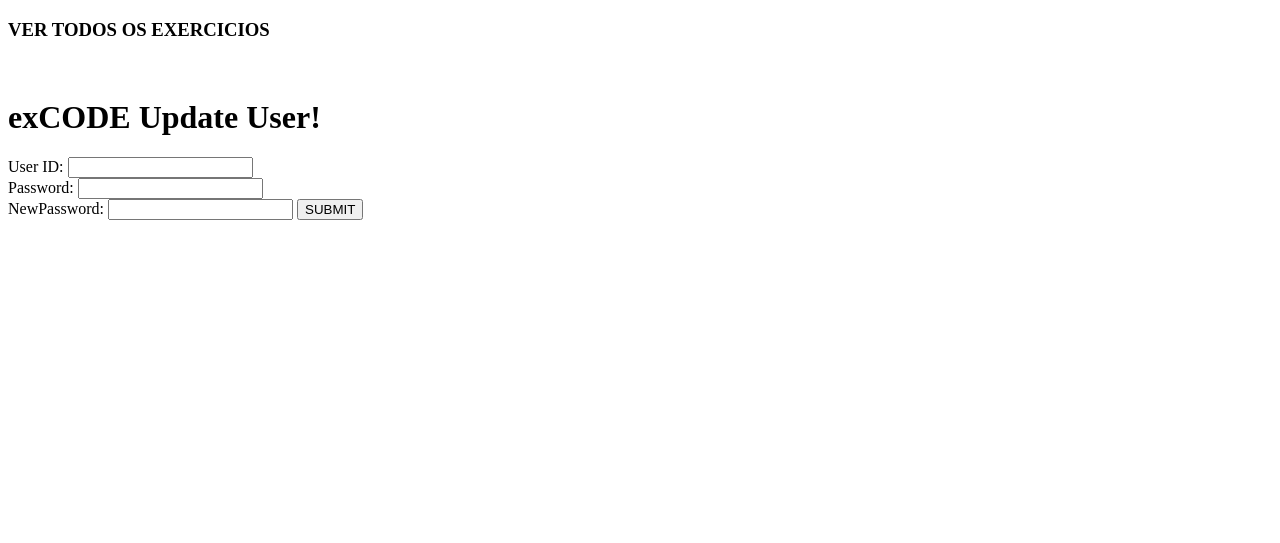
Repository: andregouveia8/EXCODE-API
Page: exCODE PROGRAMING EXERCISES API/API/exCODE API/exCODEAPI/WebContent/dashboard.html
The author's editor kept a copy of each file at every save. The page is drawn from the files as they stood at one save, then again after the next save.
The browser window is 1280 px wide. The pictures show the whole page.
Some web libraries are served in a nearby version.

Above is the page before, as saved 2018-01-20 14:45:13.

### exCODE PROGRAMING EXERCISES API/API/exCODE API/exCODEAPI/WebContent/dashboard.html
<!DOCTYPE html>
<html>

<head>
    <meta charset="ISO-8859-1">
    <title>GAME SERVICE</title>
    <script src="https://ajax.googleapis.com/ajax/libs/jquery/3.2.1/jquery.min.js"></script>

    <script>

        //GET ALL EXERCISES by USER


        // $(document).ready(function () {
        //     $("#btnSubmit1").click(function () {

        //         var myToken;
        //         var exerciseID = $("#txtExerciseID1").val();
        //         if (localStorage.token == null) {
        //             myToken = "eyJhbGciOiJIUzI1NiIsInR5cCI6IkpXVCJ9.eyJzdWIiOiIxMjM0NTY3ODkwIiwibmFtZSI6IkpvaG4gRG9lIiwiYWRtaW4iOnRydWV9.TJVA95OrM7E2cBab30RMHrHDcEfxjoYZgeFONFh7HgQ";
        //         } else {
        //             myToken = localStorage.token;
        //         }


        //         $.ajax({

        //             exerciseID: $("#txtExerciseID").val(),

        //             method: "DELETE",
        //             url: "http://localhost:8081/exCODEAPI/rest/exercises/" + exerciseID,
        //             data: {

        //                 token: myToken

        //             }
        //         })
        //             .done(function (msg) {
        //                 console.log("Exercise Delete");

        //             });
        //     });


        //     $(document).ready(function () {
        //         $("#btnSubmit2").click(function () {

        //             var myToken;
        //             var userID = $("#txtUserID1").val();
        //             if (localStorage.token == null) {
        //                 myToken = "eyJhbGciOiJIUzI1NiIsInR5cCI6IkpXVCJ9.eyJzdWIiOiIxMjM0NTY3ODkwIiwibmFtZSI6IkpvaG4gRG9lIiwiYWRtaW4iOnRydWV9.TJVA95OrM7E2cBab30RMHrHDcEfxjoYZgeFONFh7HgQ";
        //             } else {
        //                 myToken = localStorage.token;
        //             }


        //             $.ajax({



        //                 method: "DELETE",
        //                 url: "http://localhost:8081/exCODEAPI/rest/users/" + userID,
        //                 data: {

        //                     token: myToken,
        //                     password: $("#txtPassword1").val()

        //                 }
        //             })
        //                 .done(function (msg) {
        //                     console.log("User Delete");

        //                 });
        //         });
        //     });




        //     $("#btnSubmit").click(function () {

        //         var myToken;
        //         if (localStorage.token == null) {
        //             myToken = "eyJhbGciOiJIUzI1NiIsInR5cCI6IkpXVCJ9.eyJzdWIiOiIxMjM0NTY3ODkwIiwibmFtZSI6IkpvaG4gRG9lIiwiYWRtaW4iOnRydWV9.TJVA95OrM7E2cBab30RMHrHDcEfxjoYZgeFONFh7HgQ";
        //         } else {
        //             myToken = localStorage.token;
        //         }


        //         $.ajax({
        //             method: "POST",
        //             url: "http://localhost:8081/exCODEAPI/rest/exercises",
        //             data: {
        //                 exerciseID: $("#txtExerciseID").val(),
        //                 title: $("#txtTitle").val(),
        //                 statement: $("#txtStatement").val(),
        //                 dificulty: $("#selectDificulty").val(),
        //                 duration: $("#selectDuration").val(),
        //                 tags: $("#txtTags").val(),
        //                 code: $("#txtCode").val(),
        //                 language: $("#txtStatement").val(),
        //                 input: $("#txtInput").val(),
        //                 output: $("#txtOutput").val(),
        //                 token: myToken

        //             }
        //         })
        //             .done(function (msg) {
        //                 console.log("Exercise Done");

        //             });
        //     });




        $("#btnSubmit3").click(function () {

                 var myToken;
                 if (localStorage.token == null) {
                    myToken = "eyJhbGciOiJIUzI1NiIsInR5cCI6IkpXVCJ9.eyJzdWIiOiIxMjM0NTY3ODkwIiwibmFtZSI6IkpvaG4gRG9lIiwiYWRtaW4iOnRydWV9.TJVA95OrM7E2cBab30RMHrHDcEfxjoYZgeFONFh7HgQ";
                 } else {
                    myToken = localStorage.token;
                }

                 userID = $("#txtUserID2").val();
                 $.ajax({
                     method: "PUT",
                     url: "http://localhost:8081/exCODEAPI/rest/users/" + userID,
                     data: {

                    	 password: $("#txtPassword1").val(),
                	 	 newPassword: $("#txtPassword2").val(),
                         token: myToken

                     }
                 })
                     .done(function (msg) {
                         console.log("Exercise PUT");

                    });
             });




        // });
    </script>
</head>

<body>

    <h3> VER TODOS OS EXERCICIOS </h3>
    <br>
    <div>
        <table id="tableAllExercises"></table>
    </div>








<!--

    <h1>exCODE Exercise!</h1>
    Exercise ID:
    <input id="txtExerciseID" type="text" />
    <br/> Title:
    <input id="txtTitle" type="text" />
    <br/> Statement:
    <input id="txtStatement" type="text" />
    <br/> Dificulty:
    <select id="selectDificulty">
        <option value="Begginer">Begginer</option>
        <option value="Normal">Normal</option>
        <option value="Pro">Pro</option>
        <option value="Expert">Expert</option>
    </select>
    <br> Duration:
    <select id="selectDuration">
        <option value="30">30 Minutos</option>
        <option value="15">15 Minutos</option>
        <option value="60">1 Hora</option>
        <option value="90">1 Hora e Meia</option>
        <option value="91">+1 Hora e Meia</option>

    </select>
    <br> Tags:
    <input id="txtTags" type="text" />
    <br> Code:
    <input id="txtCode" type="text" />
    <br> Language
    <select id="selectLanguage">
        <option value="Java">Java</option>
        <option value="CSharp">CSharp</option>
        <option value="JavaScript">JavaScript</option>
    </select>
    <br>Input:
    <input id="txtInput" type="text" />
    <br>Output:
    <input id="txtOutput" type="text" />
    <input id="btnSubmit" type="button" value="SUBMIT" />
    <br/>



    <h1>exCODE Remove Exercise!</h1>
    Exercise ID:
    <input id="txtExerciseID1" type="text" />
    <input id="btnSubmit1" type="button" value="SUBMIT" />
    <br/>


    <h1>exCODE Remove User!</h1>
    User ID:
    <input id="txtUserID1" type="text" />
    <br> Password:
    <input id="txtPassword1" type="text" />
    <input id="btnSubmit2" type="button" value="SUBMIT" />
    <br/> -->

     <h1>exCODE Update User!</h1>
    User ID:
    <input id="txtUserID2" type="text" />
    <br> Password:
    <input id="txtPassword1" type="text" />
    <br> NewPassword:
    <input id="txtPassword2" type="text" />
    <input id="btnSubmit3" type="button" value="SUBMIT" />
    <br/>





</body>

</html>

After the next save:
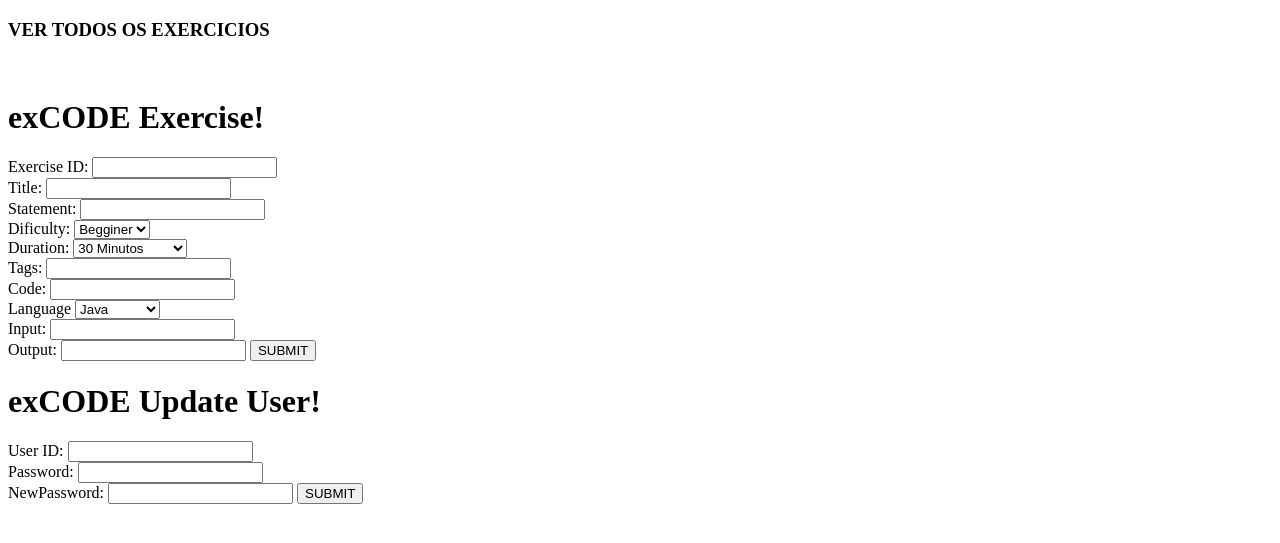
Saved 43 s later.
--- a/exCODE PROGRAMING EXERCISES API/API/exCODE API/exCODEAPI/WebContent/dashboard.html
+++ b/exCODE PROGRAMING EXERCISES API/API/exCODE API/exCODEAPI/WebContent/dashboard.html
@@ -163,7 +163,7 @@
 
 
 
-<!--
+
 
     <h1>exCODE Exercise!</h1>
     Exercise ID:
@@ -206,7 +206,7 @@
     <br/>
 
 
-
+<!--
     <h1>exCODE Remove Exercise!</h1>
     Exercise ID:
     <input id="txtExerciseID1" type="text" />
